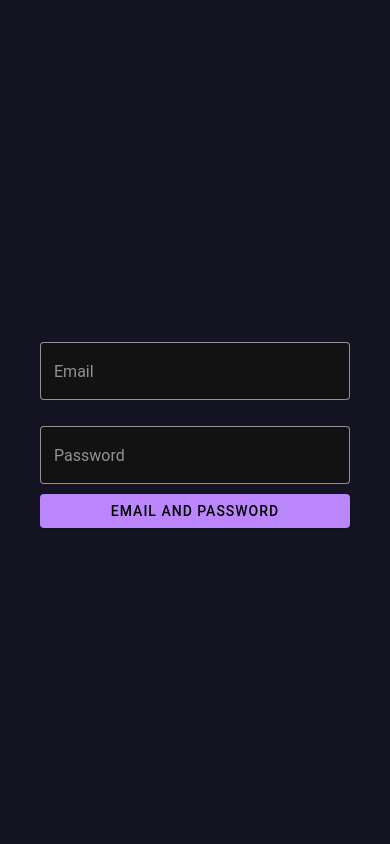
Repository: pascalgrim/GymTracker
Screen: /
An editor plug-in stored every save of this project. The screen is shown before and after the next save, followed by the edit.
The app was drawn by React Native's web renderer in a window 390 px wide. The project was rebuilt for these pictures with package versions that can differ from the ones it lists, and the page was loaded fresh each time. Also part of the build but not shown: components/menuCard.js, components/Dashboard.js, firebase.js, context/AuthContext.js.

Above is the screen before, as saved 2021-11-05 20:07:17.

### App.js
import { StatusBar } from "expo-status-bar";
import React from "react";
import {
  Button,
  StyleSheet,
  Text,
  View,
  TouchableOpacity,
  Image,
  SafeAreaView,
} from "react-native";
import MenuCard from "./components/menuCard";

// LOGOS
import mainLogo from "./imgs/mainLogo.png";
import SettingsIcon from "./imgs/mainSettings.png";

// ICONS FOR CARDS
import IconSessions from "./imgs/schreibe-brief.png";
import Dashboard from "./components/Dashboard";
import Signup from "./components/Signup";

export default function App() {
  return (
    <View style={styles.container}>
      {/* <Dashboard/> */}
      <Signup/>

      <StatusBar style="auto" />
    </View>
  );
}

const styles = StyleSheet.create({
  container: {
    flex: 1,
    backgroundColor: "#131321",
    paddingLeft: 40,
    paddingRight: 40,
    paddingTop: 30,
    paddingBottom: 20,
  },
});

### components/Signup.js
import React from 'react'
import {Card, Button,TextInput,Appbar, DarkTheme,DefaultTheme} from 'react-native-paper';
import { View,StyleSheet } from 'react-native';
import { useRef ,useState} from 'react'
import { Link,Route,BrowserRouter as Router,Routes } from 'react-router-dom';
// import Button from '@mui/material/Button';
import {useAuth} from "../context/AuthContext"

const theme = {
    ...DefaultTheme,
    colors: {
      ...DefaultTheme.colors,
      primary: 'tomato',
      accent: 'yellow',
    },
  };

export default function Signup() {
    const emailRef = useRef()
    const passwordRef = useRef()
    const passwordConfirmRef = useRef()
    const signup = useAuth()
    const [error,setError] = useState("")
    const [loading,setLoading] = useState(false)

    async function handleSubmit(e){
        e.preventDefault()
        console.log((passwordRef.current.value).length)

        if (passwordRef.current.value !== passwordConfirmRef.current.value){
            return setError("Passwords do not match.")
        }
        else if ((passwordRef.current.value).length < 6){
            return setError("Passwords must have at least 6 characters.")
        }
        try{
            setError("")
            setLoading(true)
            await signup(emailRef.current.value,passwordRef.current.value)
            history.push("/")
        }catch{
            setError("Failed to create an Account.")
        }
        setLoading(false)


    }
    return (
        <View style={styles.container}>
            <TextInput theme={DarkTheme} label="Email" mode="outlined" style={styles.textInput}/>
            <TextInput theme={DarkTheme} label="Password" mode="outlined" secureTextEntry={true} style={styles.textInput}/>
            <Button theme={DarkTheme} mode="contained" onPress={handleSubmit}>Email And Password</Button>
        </View>

    )
}

const styles = StyleSheet.create({
    container: {
        flex:1,
        justifyContent:"center",
    },
    textInput:{
        marginTop:10,
        marginBottom:10,
    }
  });

After the next save:
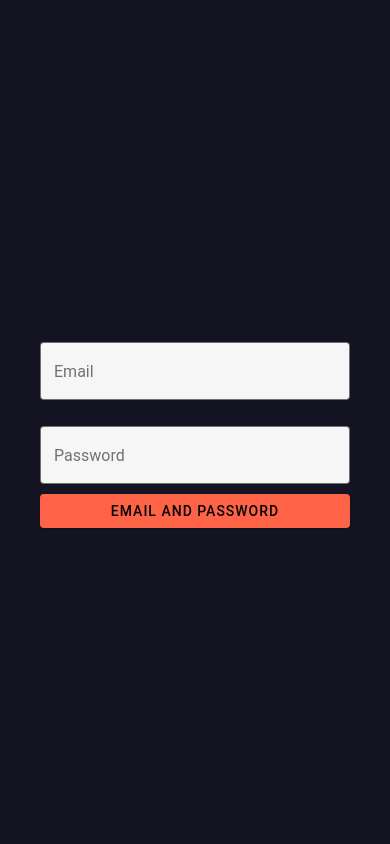
Saved 16 s later.
--- a/components/Signup.js
+++ b/components/Signup.js
@@ -47,9 +47,9 @@ export default function Signup() {
     }
     return (
         <View style={styles.container}>
-            <TextInput theme={DarkTheme} label="Email" mode="outlined" style={styles.textInput}/>
-            <TextInput theme={DarkTheme} label="Password" mode="outlined" secureTextEntry={true} style={styles.textInput}/>
-            <Button theme={DarkTheme} mode="contained" onPress={handleSubmit}>Email And Password</Button>
+            <TextInput theme={theme} label="Email" mode="outlined" style={styles.textInput}/>
+            <TextInput theme={theme} label="Password" mode="outlined" secureTextEntry={true} style={styles.textInput}/>
+            <Button theme={theme} mode="contained" onPress={handleSubmit}>Email And Password</Button>
         </View>
 
     )
